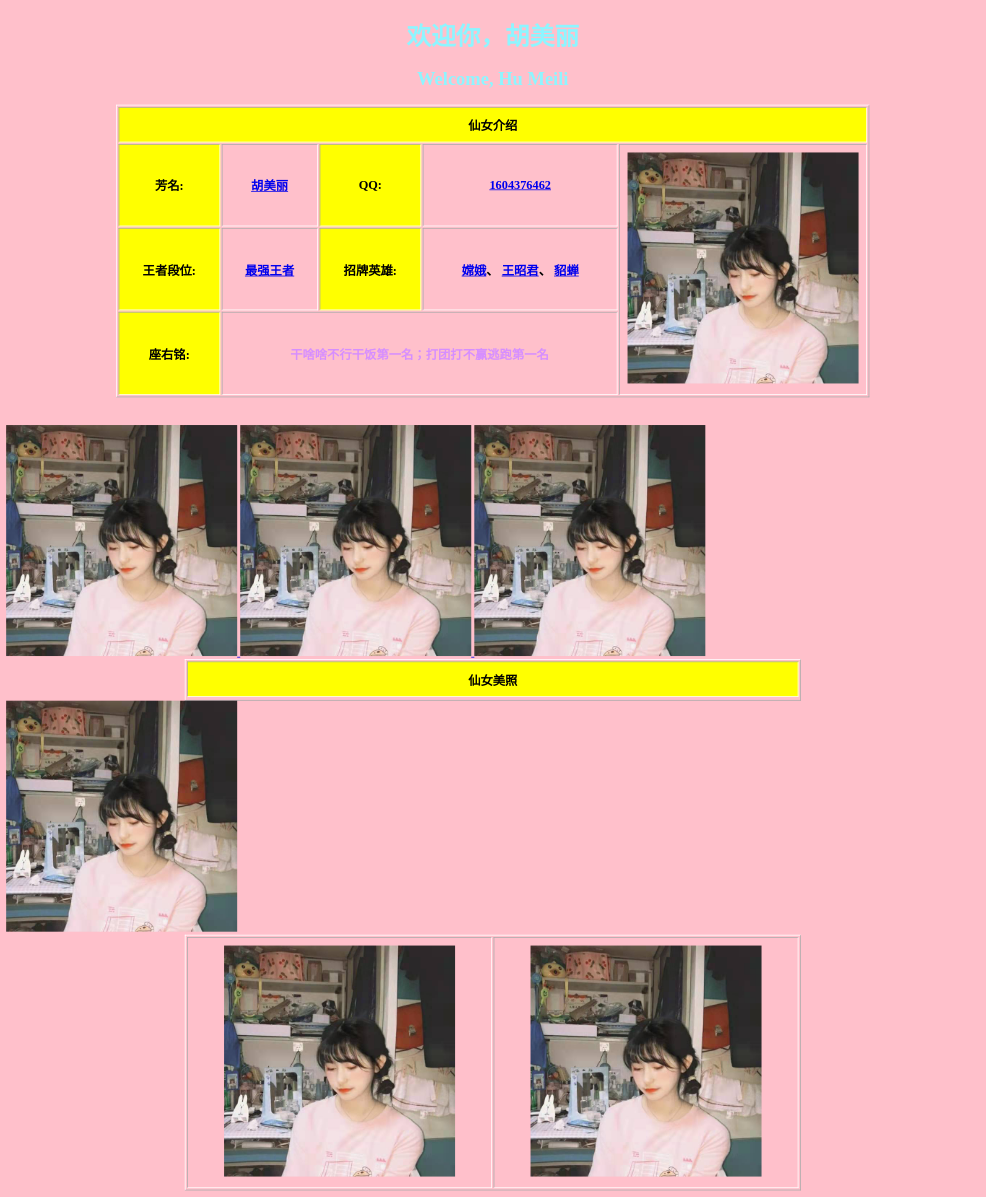
Repository: NanmeiYC/NanmeiYC.github.io
Page: ceshi2.html
An editor plug-in stored every save of this project. The page is shown before and after a run of saves, followed by the edit.
The browser window is 1280 px wide. The pictures show the whole page, at 77% of full size.

Above is the page before, as saved 2021-05-29 03:06:58.

After the next 2 saves:
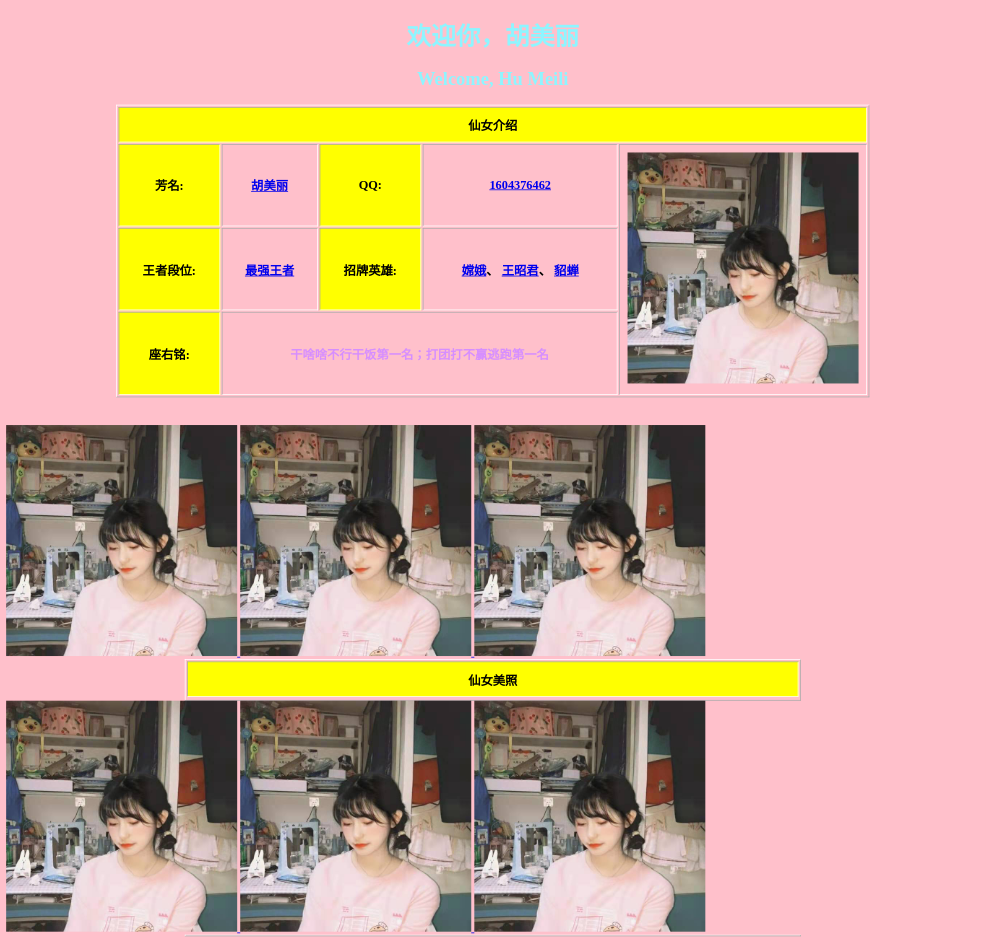
The 2 saves are shown as one change because they came seconds apart.
The last was saved 6 s later.
--- a/ceshi2.html
+++ b/ceshi2.html
@@ -49,7 +49,7 @@
         <table border="1" align="center" cellpadding="10" width="800" style="border-color:rgb(255, 255, 255);">
         <tr align="center">
             <th4 rowspan="3" width="100" <p><a href="humeili.html"><img border="0" src="images\胡美丽主.jpg" width="300px" height="300px"></th>
-            <th rowspan="3" width="100" <p><a href="humeili.html"><img border="0" src="images\胡美丽主.jpg" width="300px" height="300px"></th>
-            <th rowspan="3" width="100" <p><a href="humeili.html"><img border="0" src="images\胡美丽主.jpg" width="300px" height="300px"></th>
+            <th5 rowspan="3" width="100" <p><a href="humeili.html"><img border="0" src="images\胡美丽主.jpg" width="300px" height="300px"></th>
+            <th6 rowspan="3" width="100" <p><a href="humeili.html"><img border="0" src="images\胡美丽主.jpg" width="300px" height="300px"></th>
         </tr>
     </table>
